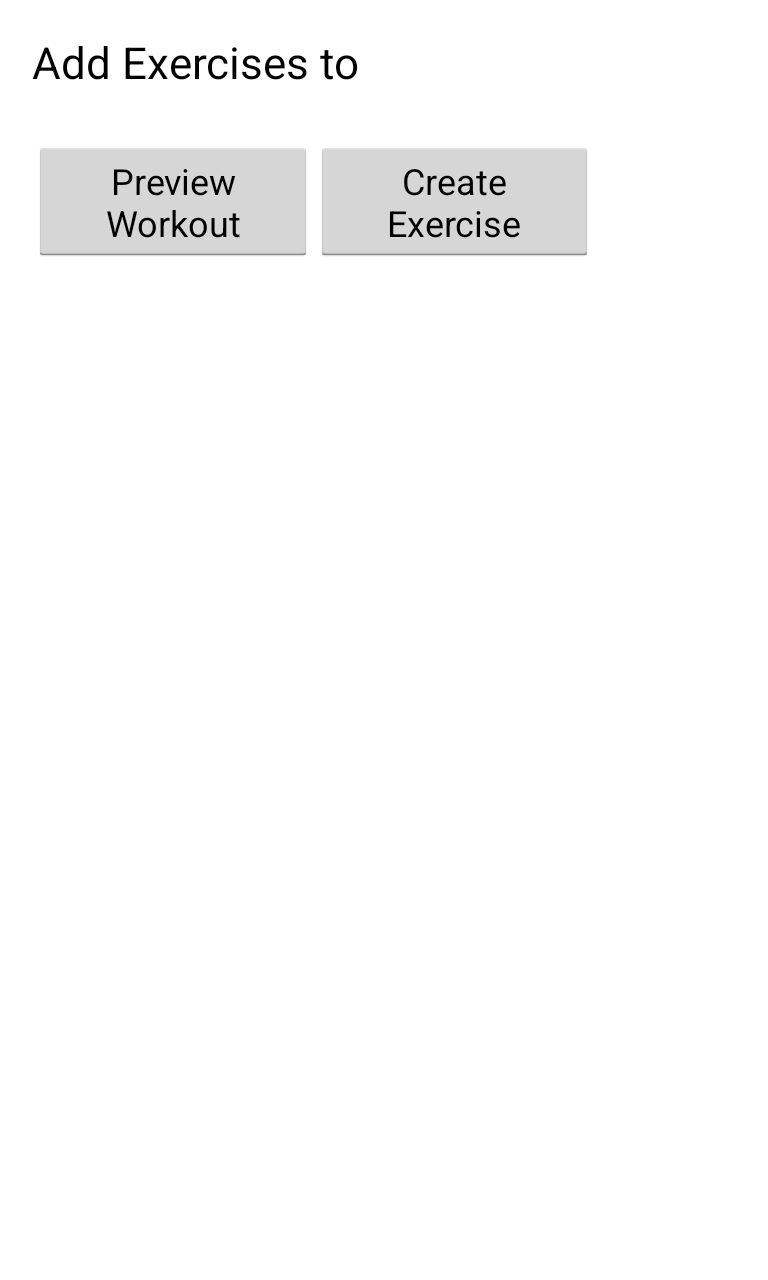
Repository: jmcdon09/EZWorkout
Layout: EzTrain/EzTrain/res/layout/activity_add_exercises.xml
The author's editor kept a copy of each file at every save. The layout is drawn from the files as they stood at one save, then again after the next save.
It is drawn on a 768 x 1280 px phone screen (xhdpi) without system bars, with theme AppTheme; the app's code is not run.

Above is the layout before, as saved 2014-03-26 17:51:44.

### EzTrain/EzTrain/res/layout/activity_add_exercises.xml
<LinearLayout xmlns:android="http://schemas.android.com/apk/res/android"
    xmlns:tools="http://schemas.android.com/tools"
    android:id="@+id/LinearLayout1"
    android:layout_width="match_parent"
    android:layout_height="match_parent"
    android:orientation="vertical"
    android:paddingBottom="@dimen/activity_vertical_margin"
    android:paddingLeft="@dimen/activity_horizontal_margin"
    android:paddingRight="@dimen/activity_horizontal_margin"
    android:paddingTop="@dimen/activity_vertical_margin"
    tools:context=".AddExercises" >

    <LinearLayout
        android:layout_width="match_parent"
        android:layout_height="wrap_content" >

        <TextView
            android:id="@+id/adding_exercises"
            android:layout_width="wrap_content"
            android:layout_height="wrap_content"
            android:text="@string/add_exercise_to_workout"
            android:textAppearance="?android:attr/textAppearanceLarge" />

        <TextView
            android:id="@+id/workout_name"
            android:layout_width="wrap_content"
            android:layout_height="wrap_content"
            android:textAppearance="?android:attr/textAppearanceMedium" />

    </LinearLayout>

    <TextView
        android:id="@+id/muscle_group"
        android:layout_width="wrap_content"
        android:layout_height="wrap_content"
        android:textAppearance="?android:attr/textAppearanceMedium" />

    <LinearLayout
        android:weightSum="100"
        android:layout_width="fill_parent"
        android:layout_gravity="center"
        android:layout_height="wrap_content"
        android:orientation="horizontal" >

        <Button
            android:id="@+id/preview_workout"
            android:layout_width="fill_parent"
            android:layout_height="wrap_content"
            android:layout_weight="60"
            android:layout_gravity="center"
            android:text="@string/preview_workout" />

        <Button
            android:id="@+id/create_new_exercise"
            android:layout_width="fill_parent"
            android:layout_height="wrap_content"
            android:layout_weight="60"
            android:layout_gravity="center"
            android:text="@string/create_exercise" />

    </LinearLayout>

</LinearLayout>

### EzTrain/EzTrain/res/values-v11/styles.xml
<?xml version="1.0" encoding="utf-8"?>
<resources>

    <!--
        Base application theme for API 11+. This theme completely replaces
        AppBaseTheme from res/values/styles.xml on API 11+ devices.
    -->
    <style name="AppBaseTheme" parent="android:Theme.Holo.Light">
        <!-- API 11 theme customizations can go here. -->
    </style>

    <style name="FullscreenTheme" parent="android:Theme.Holo">
        <item name="android:actionBarStyle">@style/FullscreenActionBarStyle</item>
        <item name="android:windowActionBarOverlay">true</item>
        <item name="android:windowBackground">@null</item>
        <item name="buttonBarStyle">?android:attr/buttonBarStyle</item>
        <item name="buttonBarButtonStyle">?android:attr/buttonBarButtonStyle</item>
    </style>

    <style name="FullscreenActionBarStyle" parent="android:Widget.Holo.Light.ActionBar">
        <item name="android:background">@color/action_bar_background</item>
        <item name="android:actionMenuTextColor">@color/black_overlay</item>
    </style>

</resources>

### EzTrain/EzTrain/res/values-v14/styles.xml
<resources>

    <!--
        Base application theme for API 14+. This theme completely replaces
        AppBaseTheme from BOTH res/values/styles.xml and
        res/values-v11/styles.xml on API 14+ devices.
    -->
    <style name="AppBaseTheme" parent="@android:style/Theme.Holo.Light.DarkActionBar">
        <!-- API 14 theme customizations can go here. -->
        <item name="android:actionBarStyle">@style/MyActionBar</item>


    </style>

    <style name="MyActionBar" parent="@android:style/Widget.Holo.Light.ActionBar">
        <item name="android:background">@color/action_bar_background</item>
        <item name="android:titleTextStyle">@style/MyActionBarTitle</item>
    </style>

	<style name="MyActionBarTitle" parent="@android:style/TextAppearance.Holo.Widget.ActionBar.Title">
	    <item name="android:textColor">@color/white</item>

	</style>



</resources>

### EzTrain/EzTrain/res/values/colors.xml
<resources>

    <color name="action_bar_background">#4db6af</color>
    <color name="black_overlay">#66000000</color>
    <color name="background">#eee</color>
    <color name="font">#444</color>
    <color name="accent">#ccc</color>

</resources>

### EzTrain/EzTrain/res/values/strings.xml
<?xml version="1.0" encoding="utf-8"?>
<resources>

    <string name="app_name">EZWorkout</string>

    <string-array name="workout_type">
        <item>Cardio</item>
        <item>Weight Training</item>
    </string-array>
    <string-array name="muscle_groups">
        <item>Arms</item>
        <item>Chest</item>
        <item>Abdominals</item>
        <item>Shoulders</item>
        <item>Legs</item>
        <item>Back</item>
    </string-array>
    <string-array name="my_workouts">
        <item>Biceps</item>
        <item>Major Chest Workout</item>
    </string-array>

    <string name="workout_now">Start Workout</string>
    <string name="progress">My Progress</string>
    <string name="design_work">Design Workout</string>
    <string name="title_activity_start_workout">Start Workout</string>
    <string name="title_activity_my_progress">My Progress</string>
    <string name="title_activity_design_workout">Design Workout</string>
    <string name="title_activity_add_exercises">Add Exercises</string>
    <string name="title_activity_create_exercise">Create Exercise</string>
    <string name="title_activity_preview_workout">Preview Workout</string>
    <string name="title_activity_my_workouts">My Workouts</string>
    <string name="title_activity_workout_search">Workout Search</string>
    <string name="title_activity_workout">Workout</string>
    <string name="title_activity_update_progress">Update Progress</string>
    <string name="title_activity_display_workouts">DisplayWorkouts</string>
    <string name="title_activity_active_workout">ActiveWorkout</string>
    <string name="workout_name">Workout Name</string>
    <string name="return_workout"></string>
    <string name="action_settings">Action Settings</string>
    <string name="add_exercise_to_workout">Add Exercises to </string>
    <string name="add_exercise">Add Exercise</string>
    <string name="begin_design">Start Design</string>
    <string name="create_exercise">Create Exercise</string>
    <string name="muscle_group">Muscle Group</string>
    <string name="workout_description">Workout Description</string>
    <string name="related_workouts">Related Workouts</string>
    <string name="my_workouts">My Workouts</string>
    <string name="exercises">Exercises</string>
    <string name="start_workout">Start Workout</string>
    <string name="browse_workouts">Browse Workouts</string>
    <string name="exercise_name">Exercise Name</string>
    <string name="set_number">Set #</string>
    <string name="reps">Repitions</string>
    <string name="rep_hint">Rep hint goes here</string>
    <string name="weight">Weight</string>
    <string name="table_exercise">Exercise</string>
    <string name="table_sets">Sets</string>
    <string name="table_reps">Repititions</string>
    <string name="action_home">Home</string>
    <string name="exercise1">Bench press </string>
    <string name="set1">4</string>
    <string name="rep1">8#821112</string>
    <string name="exercise_detail">Details here</string>
    <string name="title_activity_preview_exercise">PreviewExercise</string>
    <string name="hello_world">Hello world!</string>
    <string name="preview_workout">Preview Workout</string>

</resources>

Loaded but not shown: EzTrain/EzTrain/res/values/styles.xml (common file); EzTrain/EzTrain/res/values/dimens.xml (common file)

After the next save:
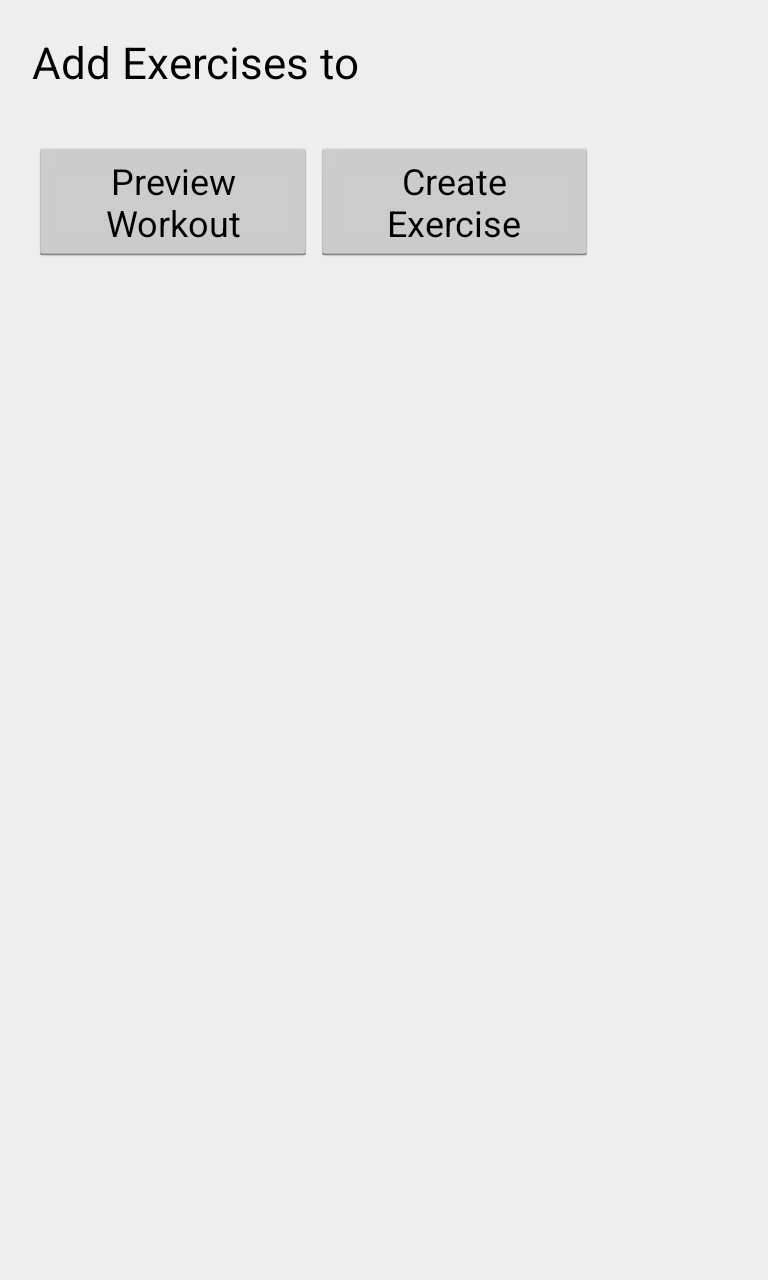
Saved 2 s later.
--- a/EzTrain/EzTrain/res/layout/activity_add_exercises.xml
+++ b/EzTrain/EzTrain/res/layout/activity_add_exercises.xml
@@ -4,6 +4,7 @@
     android:layout_width="match_parent"
     android:layout_height="match_parent"
     android:orientation="vertical"
+    android:background="@color/background"
     android:paddingBottom="@dimen/activity_vertical_margin"
     android:paddingLeft="@dimen/activity_horizontal_margin"
     android:paddingRight="@dimen/activity_horizontal_margin"
